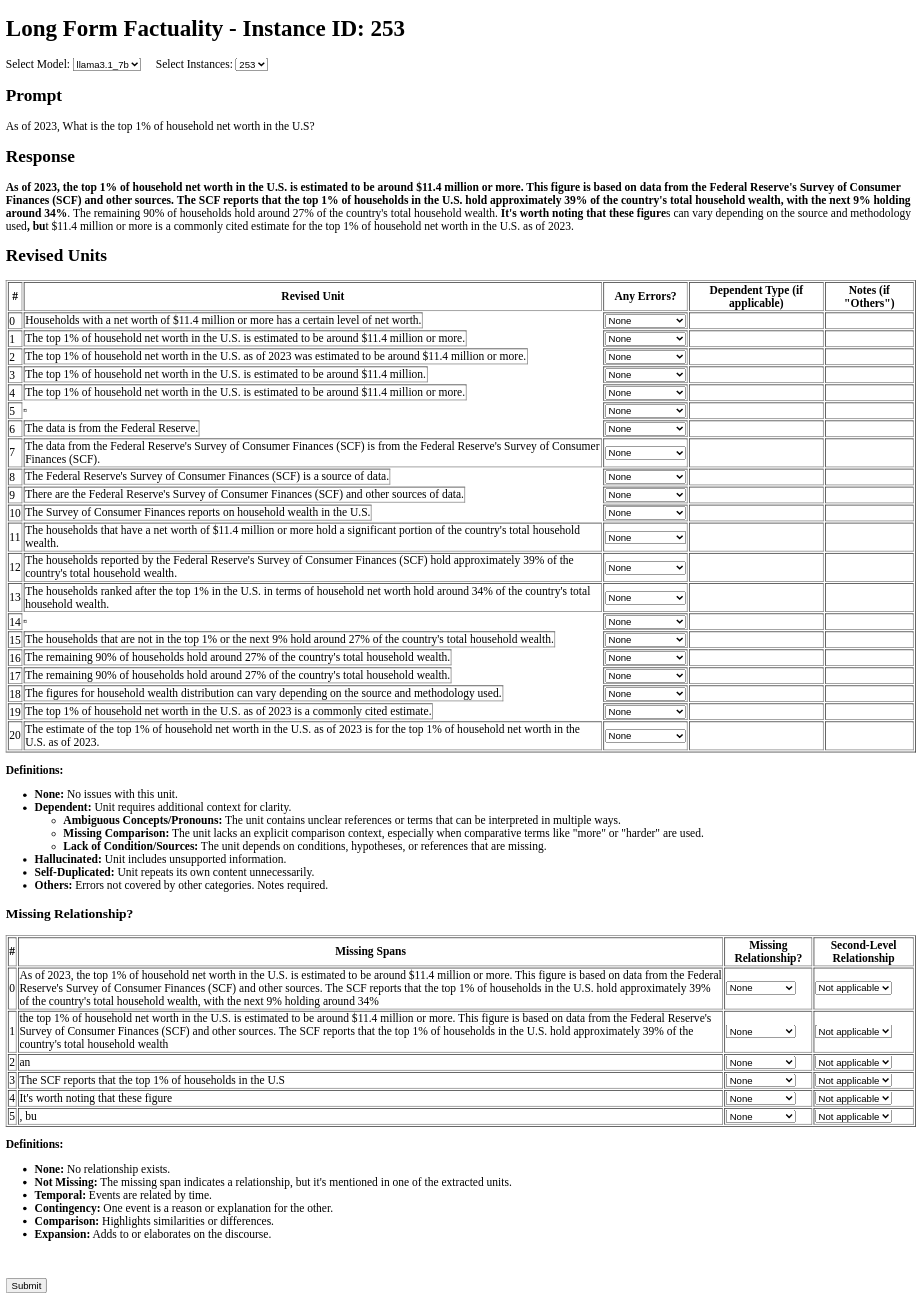
Repository: ShezaMunir/llm_annotation
Page: http://localhost/display/llama3.1_7b/253
The author's editor kept a copy of each file at every save. The page is drawn from the files as they stood at one save, then again after the next save.
The browser window is 1280 px wide. The pictures show the whole page, at 72% of full size.
The page is served by the project's application, run on Flask 3 (app.py). Other server files are loaded and not shown.

Above is the page before, as saved 2025-01-09 20:21:28.

### 3rd_round_long_form_factuality_annotation/templates/display.html
<!DOCTYPE html>
<html lang="en">
<head>
    <meta charset="UTF-8">
    <meta name="viewport" content="width=device-width, initial-scale=1.0">
    <title>Long Form Factuality</title>
    <style>
        /* Tooltip styling */
        .tooltip {
            position: relative;
            display: inline-block;
        }

        .tooltip .tooltip-text {
            visibility: hidden;
            width: 450px;
            background-color: #555;
            color: #fff;
            text-align: center;
            border-radius: 5px;
            padding: 5px;
            position: absolute;
            z-index: 1;
            bottom: 125%; /* Position the tooltip above the text */
            left: 50%;
            margin-left: -150px; /* Center the tooltip */
            opacity: 0;
            transition: opacity 0.3s;
        }

        .tooltip:hover .tooltip-text {
            visibility: visible;
            opacity: 1;
        }
    </style>
    <script>
        function showSuccessMessage() {
            alert('Annotations saved successfully!');
        }

        function changeModel() {
            const model = document.getElementById('model_select').value;
            const instance_id = document.getElementById('instance_id').value;
            if (model) {
                window.location.href = `/display/${model}/${instance_id}`;
            }
        }

        function changeInstance() {
            const model = document.getElementById('model_name').value;
            const instance_id = document.getElementById('instance_id_select').value;
            if (model) {
                window.location.href = `/display/${model}/${instance_id}`;
            }
        }
    </script>
</head>
<body>
    <h1> Long Form Factuality - Instance ID: {{ instance_id }}</h1>

    <label for="model_select">Select Model:</label>
    <select id="model_select" onchange="changeModel()">
        {% for model in models %}
            <option value="{{ model }}" {% if model == model_name %}selected{% endif %}>{{ model }}</option>
        {% endfor %}
    </select>

    &nbsp;&nbsp;&nbsp;

    <label for="instance_id_select">Select Instances:</label>
    <select id="instance_id_select" onchange="changeInstance()">
        {% for instance_id_option in instance_id_list %}
            <option value="{{ instance_id_option }}" {% if instance_id_option == instance_id %}selected{% endif %}>{{ instance_id_option }}</option>
        {% endfor %}
    </select>

    <h2>Prompt</h2>
    <p>{{ data.prompt }}</p>
    <h2>Response</h2>
    <p>{{ data.response | safe }}</p>
    <h2>Revised Units</h2>

    {% if no_facts %}
        <p>No facts to annotate</p>
    {% else %}
        <form method="post" action="" onsubmit="showSuccessMessage()">
            <input type="hidden" id="instance_id" name="instance_id" value="{{ instance_id }}">
            <input type="hidden" id="model_name" name="model_name" value="{{ model_name }}">

            <!-- Table for Revised Units -->
            <table border="1">
                <tr>
                    <th>#</th>
                    <th>Revised Unit</th>
                    <th>Any Errors?</th>
                    <th>Dependent Type (if applicable)</th>
                    <th>Notes (if "Others")</th>
                </tr>
                {% for unit in data.revised_fact_jsonified_all %}
                    <tr>
                        <td>{{ loop.index0 }}</td>
                        <!-- Display Revised Unit with Tooltip -->
                        <td class="tooltip">
                            {{ unit.revised_unit }}
                            <span class="tooltip-text">{{ unit.orig_sentence }}</span>
                        </td>
                        <td>
                            <select name="error_type{{ loop.index0 }}" onchange="toggleFields(this, {{ loop.index0 }})" required>
                                <option value="none" title="No issues with this unit.">None</option>
                                <option value="dependent" title="The unit is dependent on other information and lacks clarity.">Dependent</option>
                                <option value="hallucinated" title="The unit contains information not supported by the response.">Hallucinated</option>
                                <option value="self—duplicated" title="The unit repeats information from another part of the text within itself.">Self-Duplicated</option>
                                <option value="others" title="Other errors that do not fit into the above categories. Please write notes for details.">Others</option>
                            </select>
                        </td>
                        <td>
                            <select name="dependent_type{{ loop.index0 }}" id="dependent_type{{ loop.index0 }}" style="display:none;" required>
                                <option value="ambiguous" title="The unit contains ambiguous concepts or pronouns, requiring additional context for clarity. For example, the concepts could be interpreted in multiple ways.">Ambiguous Concepts/Pronouns</option>
                                <option value="missing_comparison" title="The unit lacks a necessary comparison for context. Select this option only if the unit explicitly expresses a contrast, such as ‘more,’ ‘harder,’ etc., and the comparison is mentioned in the response. If the comparison can be inferred from the unit itself and is not directly stated in the response, it is not considered a dependent unit.">Missing Comparison</option>
                                <option value="lack_condition" title="The unit lacks conditions or sources to provide clarity. For instance, it may be based on a hypothesis, an imagined scenario, or a quoted reference.">Lack of Condition/Sources</option>
                            </select>
                        </td>
                        <td>
                            <input type="text" name="notes{{ loop.index0 }}" id="notes{{ loop.index0 }}" placeholder="Enter notes" style="display:none;">
                        </td>
                    </tr>
                {% endfor %}
            </table>
            <!-- Definitions for Error Types -->
            <p><strong>Definitions:</strong></p>
            <ul>
                <li><strong>None:</strong> No issues with this unit.</li>
                <li><strong>Dependent:</strong> Unit requires additional context for clarity.</li>
                <ul>
                    <li><strong>Ambiguous Concepts/Pronouns:</strong> The unit contains unclear references or terms that can be interpreted in multiple ways.</li>
                    <li><strong>Missing Comparison:</strong> The unit lacks an explicit comparison context, especially when comparative terms like "more" or "harder" are used.</li>
                    <li><strong>Lack of Condition/Sources:</strong> The unit depends on conditions, hypotheses, or references that are missing.</li>
                </ul>
                <li><strong>Hallucinated:</strong> Unit includes unsupported information.</li>
                <li><strong>Self-Duplicated:</strong> Unit repeats its own content unnecessarily.</li>
                <li><strong>Others:</strong> Errors not covered by other categories. Notes required.</li>
            </ul>
            <script>
                function toggleFields(select, index) {
                    const dependentDropdown = document.getElementById(`dependent_type${index}`);
                    const notesField = document.getElementById(`notes${index}`);

                    if (select.value === 'dependent') {
                        dependentDropdown.style.display = 'inline';
                        dependentDropdown.required = true;
                    } else {
                        dependentDropdown.style.display = 'none';
                        dependentDropdown.required = false;
                    }

                    if (select.value === 'others') {
                        notesField.style.display = 'inline';
                        notesField.required = true;
                    } else {
                        notesField.style.display = 'inline';
                        notesField.required = false;
                    }
                }
            </script>

            <h3>Missing Relationship?</h3>
            <table border="1">
                <tr>
                    <th>#</th>
                    <th>Missing Spans</th>
                    <th>Missing Relationship?</th>
                    <th>Second-Level Relationship</th>
                </tr>
                {% for span in data.highlighted_spans %}
                    <tr>
                        <td>{{ loop.index0 }}</td>
                        <td>{{ span }}</td>
                        <td>
                            <select name="missing_relationship{{ loop.index0 }}" id="missing_relationship{{ loop.index0 }}" onchange="updateSecondLevelMenu(this, {{ loop.index0 }})" required>
                                <option value="none" title="The missing span does not indicate any relationship.">None</option>
                                <option value="not_missing" title="The missing span indicates a relationship, but it's mentioned in one of the extracted units.">Not Missing</option>
                                <option value="temporal" title="The situations described in the arguments are intended to be related temporally.">Temporal</option>
                                <option value="contingency" title="The situation described by one argument provides the reason, explanation, or justification for the other.">Contingency</option>
                                <option value="comparison" title="The discourse relation highlights differences or similarities between two arguments.">Comparison</option>
                                <option value="expansion" title="The relation expands the discourse and moves its narrative or exposition forward.">Expansion</option>
                            </select>
                        </td>
                        <td>
                            <select name="second_level_relationship{{ loop.index0 }}" id="second_level_relationship{{ loop.index0 }}">
                                <option value="" selected hidden>Not applicable</option>
                            </select>
                        </td>
                    </tr>
                {% endfor %}
            </table>
            <!-- Definitions for Relationships -->
            <p><strong>Definitions:</strong></p>
            <ul>
                <li><strong>None:</strong> No relationship exists.</li>
                <li><strong>Not Missing:</strong> The missing span indicates a relationship, but it's mentioned in one of the extracted units.</li>
                <li><strong>Temporal:</strong> Events are related by time.</li>
                <li><strong>Contingency:</strong> One event is a reason or explanation for the other.</li>
                <li><strong>Comparison:</strong> Highlights similarities or differences.</li>
                <li><strong>Expansion:</strong> Adds to or elaborates on the discourse.</li>
            </ul>

            <script>
                const secondLevelOptions = {
                    temporal: [
                        {
                            value: 'unsure',
                            text: 'Unsure',
                            description: ''
                        },
                        {
                            value: 'synchronous',
                            text: 'Temporal.Synchronous',
                            description: 'This tag is used when there is some degree of temporal overlap between the events described by the arguments.'
                        },
                        {
                            value: 'asynchronous',
                            text: 'Temporal.Asynchronous',
                            description: 'This tag is used when one event is described as preceding the other.'
                        }
                    ],
                    contingency: [
                        {
                            value: 'unsure',
                            text: 'Unsure',
                            description: ''
                        },
                        {
                            value: 'cause',
                            text: 'Contingency.Cause',
                            description: 'This tag is used when the situations described in Arg1 and Arg2 are causally influenced but are not in a conditional relation.'
                        },
                        {
                            value: 'cause_belief',
                            text: 'Contingency.Cause+Belief',
                            description: 'This tag is used when evidence is provided to cause the hearer to believe a claim. The belief is implicit.'
                        },
                        {
                            value: 'cause_speechact',
                            text: 'Contingency.Cause+SpeechAct',
                            description: 'This tag is used when a reason is provided for the speaker uttering a speech act. The speech act is implicit.'
                        },
                        {
                            value: 'purpose',
                            text: 'Contingency.Purpose',
                            description: 'This tag is used when one argument presents an action that an AGENT undertakes with the purpose of the GOAL conveyed by the other argument being achieved. Usually (but not always), the agent undertaking the action is the same agent aiming to achieve the goal.'
                        },
                        {
                            value: 'condition',
                            text: 'Contingency.Condition',
                            description: 'This tag is used when one argument presents a situation as unrealized (the antecedent), which (when realized) would lead to the situation described by the other argument (the consequent).'
                        },
                        {
                            value: 'negative_condition',
                            text: 'Contingency.Negative-condition',
                            description: 'This tag is used when one argument (the antecedent) describes a situation presented as unrealized, which if it doesn’t occur, would lead to the situation described by the other argument (the consequent).'
                        },
                        {
                            value: 'negative_condition_speechact',
                            text: 'Contingency.Negative-condition+SpeechAct',
                            description: 'This tag is used when the consequent is an implicit speech act.'
                        }
                    ],
                    comparison: [
                        {
                            value: 'unsure',
                            text: 'Unsure',
                            description: ''
                        },
                        {
                            value: 'concession',
                            text: 'Comparison.Concession',
                            description: 'This tag is used when an expected causal relation is canceled or denied by the situation described in one of the arguments.'
                        },
                        {
                            value: 'concession_speechact',
                            text: 'Comparison.Concession+SpeechAct',
                            description: 'This tag is used when the speech act (SA) associated with one argument is canceled or denied by the other argument or its SA.'
                        },
                        {
                            value: 'contrast',
                            text: 'Comparison.Contrast',
                            description: 'This tag is used when at least two differences between Arg1 and Arg2 are highlighted.'
                        },
                        {
                            value: 'similarity',
                            text: 'Comparison.Similarity',
                            description: 'This tag is used when one or more similarities between Arg1 and Arg2 are highlighted with respect to what each argument predicates as a whole or to some entities it mentions.'
                        }
                    ],
                    expansion: [
                        {
                            value: 'unsure',
                            text: 'Unsure',
                            description: ''
                        },
                        {
                            value: 'conjunction',
                            text: 'Expansion.Conjunction',
                            description: 'This tag is used when both arguments bear the same relation to some other situation evoked in the discourse.'
                        },
                        {
                            value: 'disjunction',
                            text: 'Expansion.Disjunction',
                            description: 'This tag is used when the two arguments are presented as alternatives, with either one or both holding.'
                        },
                        {
                            value: 'equivalence',
                            text: 'Expansion.Equivalence',
                            description: 'This tag is used when both arguments are taken to describe the same situation, but from different perspectives.'
                        },
                        {
                            value: 'exception',
                            text: 'Expansion.Exception',
                            description: 'This tag is used when one argument evokes a set of circumstances in which the described situation holds, and the other argument indicates one or more instances where it doesn’t.'
                        },
                        {
                            value: 'instantiation',
                            text: 'Expansion.Instantiation',
                            description: 'This tag is used when one argument describes a situation as holding in a set of circumstances, while the other argument describes one or more of those circumstances.'
                        },
                        {
                            value: 'level_of_detail',
                            text: 'Expansion.Level-of-Detail',
                            description: 'This tag is used when both arguments describe the same situation, but in less or more detail.'
                        },
                        {
                            value: 'manner',
                            text: 'Expansion.Manner',
                            description: 'This tag is used when the situation described by one argument presents the manner in which the situation described by the other argument has happened or been done.'
                        },
                        {
                            value: 'substitution',
                            text: 'Expansion.Substitution',
                            description: 'This tag is used when arguments are presented as exclusive alternatives, with one being ruled out.'
                        }
                    ]
                };

                function updateSecondLevelMenu(select, index) {
                    const secondLevelMenu = document.getElementById(`second_level_relationship${index}`);
                    const selectedValue = select.value;

                    // Clear the existing options
                    secondLevelMenu.innerHTML = '';
                    secondLevelMenu.style.display = 'none';
                    secondLevelMenu.required = false; // Disable required when hidden

                    // Populate and show if needed
                    if (secondLevelOptions[selectedValue]) {
                        secondLevelOptions[selectedValue].forEach(option => {
                            const opt = document.createElement('option');
                            opt.value = option.value;
                            opt.textContent = option.text;
                            opt.title = option.description;
                            secondLevelMenu.appendChild(opt);
                        });
                        secondLevelMenu.style.display = 'inline';
                        secondLevelMenu.required = true; // Enable required when visible
                    }
                }
            </script>

            <br><br>
            <input type="submit" value="Submit">
        </form>
    {% endif %}
</body>
</html>

Loaded but not shown: 3rd_round_long_form_factuality_annotation/app.py (162 lines, source omitted); 3rd_round_long_form_factuality_annotation/analysis_data_for_annotation/llama3.1_7b/result_253.json (1 lines, source omitted)

After the next save:
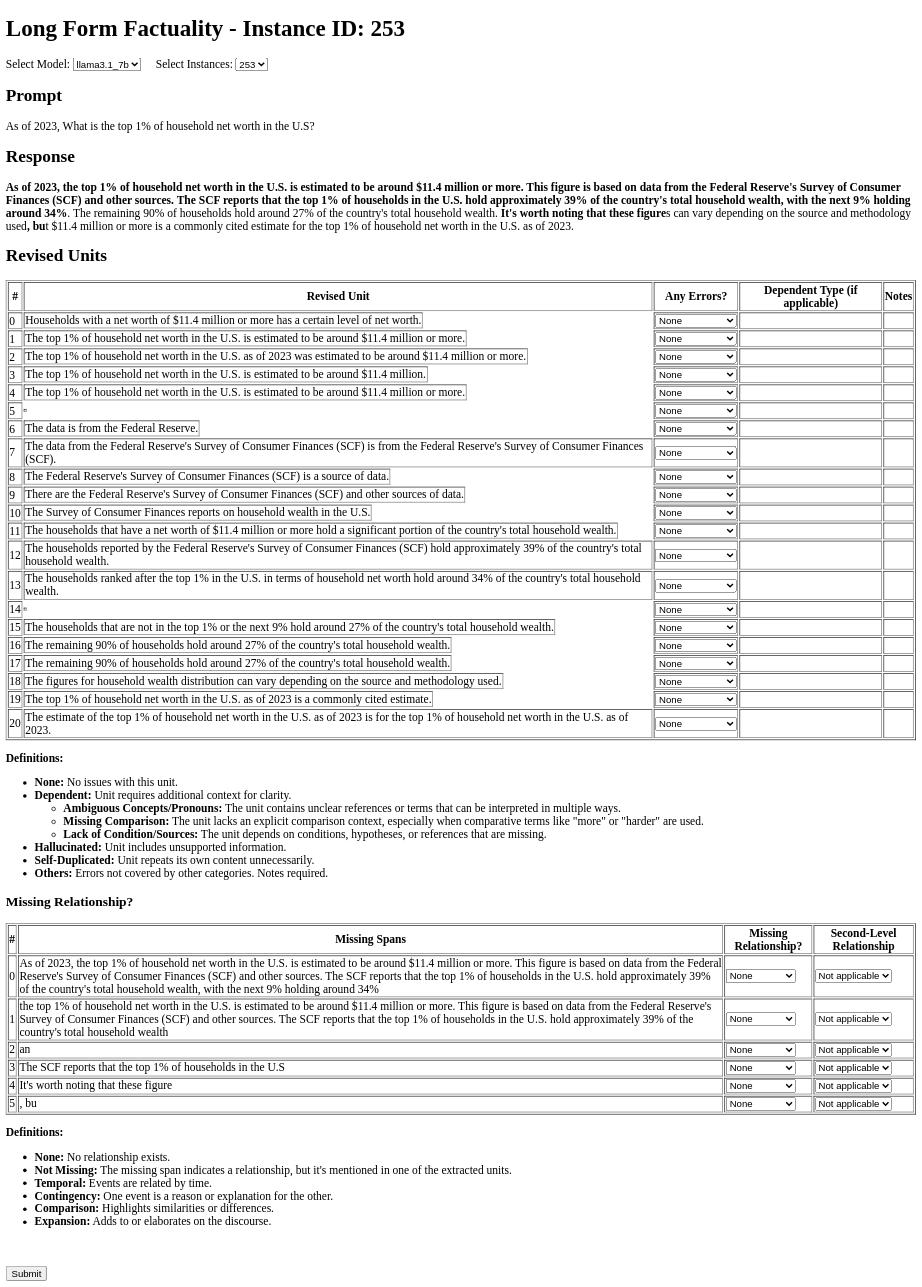
Saved 27 s later.
--- a/3rd_round_long_form_factuality_annotation/templates/display.html
+++ b/3rd_round_long_form_factuality_annotation/templates/display.html
@@ -94,7 +94,7 @@
                     <th>Revised Unit</th>
                     <th>Any Errors?</th>
                     <th>Dependent Type (if applicable)</th>
-                    <th>Notes (if "Others")</th>
+                    <th>Notes</th>
                 </tr>
                 {% for unit in data.revised_fact_jsonified_all %}
                     <tr>
